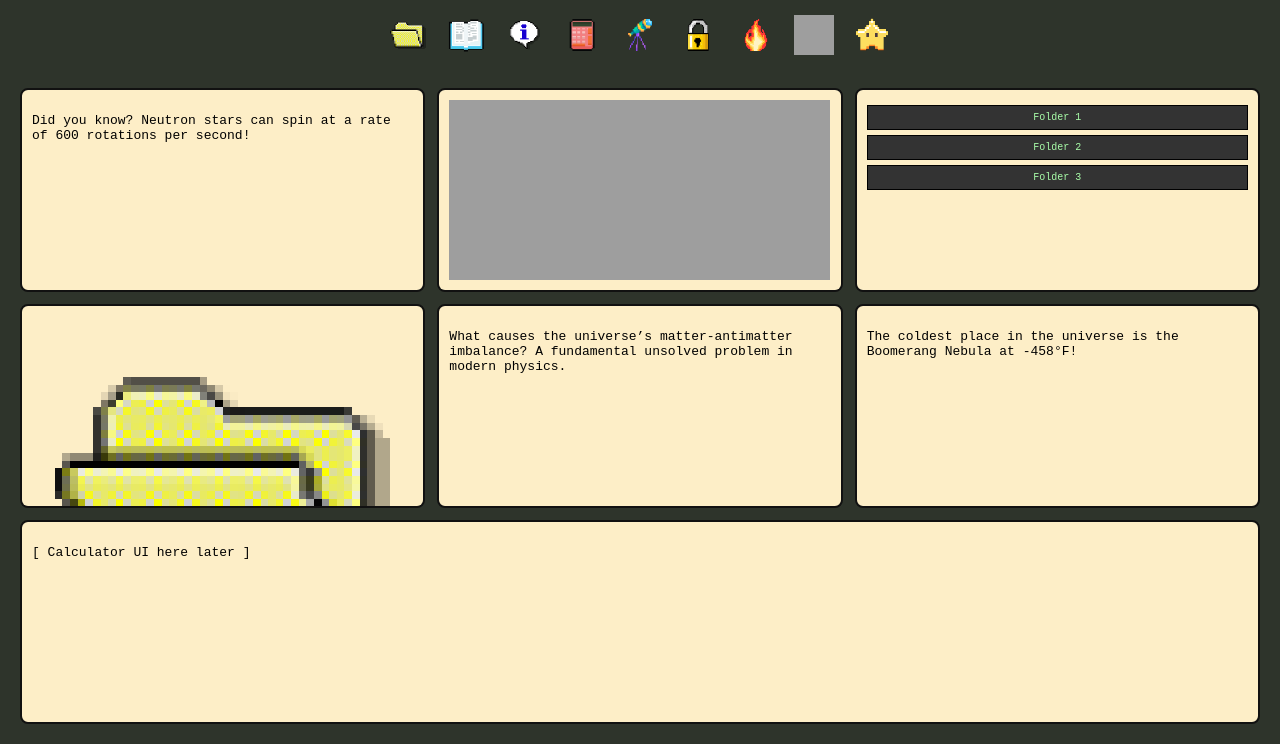
Repository: scarfer14/CCPHYS2L_Project
Page: /dashboard
An editor plug-in stored every save of this project. The page is shown before and after the next save, followed by the edit.
The browser window is 1280 px wide. The pictures show the whole page.
Pictures or frames that could not be fetched are drawn as grey boxes. The project was rebuilt for these pictures with package versions that can differ from the ones it lists, and the page was loaded fresh each time. Also part of the build but not shown: vite.config.js, src/astartsc/start.jsx.

Above is the page before, as saved 2025-05-28 21:55:32.

### index.html
<!doctype html>
<html lang="en">
  <head>
    <meta charset="UTF-8" />
    <link rel="icon" type="image/svg+xml" href="/gal.png" />
    <meta name="viewport" content="width=device-width, initial-scale=1.0" />
    <title>Physics Blast</title>
  </head>
  <body>
    <div id="root"></div>
    <script type="module" src="/src/main.jsx"></script>
  </body>
</html>

### src/index.css
:root {
  font-family: 'Press Start 2P', monospace;
  background-color: #2e342b;
  margin: 0;
  padding: 0;
  box-sizing: border-box;
}

body, html {
  margin: 0;
  padding: 0;
  width: 100%;
  height: 100%;
}

### src/App.jsx
import React from 'react';
import { BrowserRouter as Router, Routes, Route } from 'react-router-dom';

import Start from './astartsc/start';
import Dash from './bdashsc/dashnavbar';
import Dashbody from './bdashsc/dashbody';

function Unlock() {
  return (
    <div>
      <Start />
    </div>
  );
}

function Dashboard() {
  return (
    <div>
      <Dash />
      <Dashbody />
    </div>
  );
}

function App() {
  return (
    <Router>
      <Routes>
        <Route path="/" element={<Unlock />} />
        <Route path="/unlock" element={<Unlock />} />
        <Route path="/dashboard" element={<Dashboard />} />
      </Routes>
    </Router>
  );
}

export default App;

### src/bdashsc/dashnavbar.jsx
import React from 'react';
import { useNavigate } from 'react-router-dom';
import './dashnavbar.css';

const icons = [
  'folder', 'book', 'email', 'calc', 'cat',
  'lock', 'fire', 'info', 'star'
];

export default function DashNavbar() {
  return (
    <div className="dash-navbar">
      {icons.map((icon, index) => (
        <button key={index} className="icon-button" title={icon}>
          <img src={`/assets/icons/${icon}.png`} alt={icon} />
        </button>
      ))}
    </div>
  );
}

### src/bdashsc/dashbody.jsx
import React from 'react';
import './dashbody.css';

export default function DashBody() {
  return (
    <div className="dashboard-content">
      <div className="tab fun-fact">
        <p>Did you know? Neutron stars can spin at a rate of 600 rotations per second!</p>
      </div>

      <div className="tab multimedia">
        <iframe
          src="https://www.youtube.com/embed/pSHVbLPWA28"
          title="Physics Video"
          allowFullScreen
        ></iframe>
      </div>

      <div className="tab folders">
        <button>Folder 1</button>
        <button>Folder 2</button>
        <button>Folder 3</button>
      </div>

      <div className="tab image">
        <img src="/assets/icons/folder.png" alt="Sample" />
      </div>

      <div className="tab physics-problem">
        <p>
          What causes the universe’s matter-antimatter imbalance? A fundamental unsolved problem in modern physics.
        </p>
      </div>

      <div className="tab fun-fact-2">
        <p>The coldest place in the universe is the Boomerang Nebula at -458°F!</p>
      </div>

      <div className="tab calculator">
        <p>[ Calculator UI here later ]</p>
      </div>
    </div>
  );
}

### src/astartsc/start.css
/* Import pixel font */
@import url('https://fonts.googleapis.com/css2?family=Press+Start+2P&display=swap');

body {
  margin: 0;
  background: #2e342b;
  font-family: 'Press Start 2P', monospace;
}

/* Fullscreen CRT screen */
.screen {
  width: 100vw;
  height: 100vh;
  background-color: #2e342b;
  padding: 40px; /* simulates the border spacing */
  display: flex;
  flex-direction: column;
  align-items: center;
  justify-content: center;
  box-shadow:
    0 0 60px 20px rgba(0, 0, 0, 0.6),         /* outer soft black glow */
    inset 0 0 200px rgba(0, 0, 0, 0.9),       /* deep vignette */
    inset 0 0 80px rgba(0, 0, 0, 0.7);        /* soft black inner edge */
  position: relative;
  text-align: center;
  box-sizing: border-box;
  overflow: hidden;
  border-radius: 12px; /* Optional CRT curve */
}

/* Text styling */
.welcome {
  color: #99ff99;
  margin-bottom: 10px;
  font-size: 20px;
  margin-bottom: 25px;
}

.title {
  color: #99ff99;
  font-size: 80px;
  line-height: 1.2;
  margin-bottom: 20px;
}

/* Retro button */
.unlock-btn {
  font-size: 15px;
  background-color: transparent;
  color: #aaffaa;
  border: 1px solid #aaffaa;
  padding: 6px 12px;
  cursor: pointer;
  margin-top: 100px;
  animation: blink 1s infinite alternate;
  font-family: 'Press Start 2P', monospace;
}

.unlock-btn:hover {
  background-color: #333;
}

@keyframes blink {
  from { opacity: 5; }
  to { opacity: 0.4; }
}

### src/bdashsc/dashnavbar.css
.dash-navbar {
  background-color: #2e342b;
  padding: 6px 10px;
  display: flex;
  justify-content: center; /* Centers the icons horizontally */
  gap: 10px;
  align-items: center;
}

.icon-button {
  background: transparent;
  border: transparent;
  padding: 4px;
  cursor: pointer;
  transition: transform 0.1s ease-in-out;
}

.icon-button:hover {
  transform: scale(1.1);
  filter: brightness(1.3);
}

.icon-button img {
  margin-top: 5px;
  width: 40px;
  height: 40px;
  image-rendering: pixelated; /* keeps pixel art look */
}

### src/bdashsc/dashbody.css
.dashboard-content {
  display: flex;
  flex-wrap: wrap;
  justify-content: center;
  padding: 20px;
  gap: 12px;

}

.tab {
  background-color: #fdeec7;
  border: 2px solid #111;
  color: #000000;
  font-family: monospace;
  padding: 10px;
  flex: 1 1 28%;
  min-width: 250px;
  height: 180px;
  overflow: auto;
  border-radius: 8px;
}

/* Tab-specific styles */
.multimedia iframe {
  width: 100%;
  height: 100%;
  border: none;
}

.folders button {
  display: block;
  margin: 5px 0;
  width: 100%;
  background: #333;
  border: 1px solid #000000;
  color: #aaffaa;
  padding: 6px;
  font-size: 10px;
  cursor: pointer;
  font-family: monospace;
}

.image img {
  width: 100%;
  height: auto;
  image-rendering: pixelated;
}

Loaded but not shown: src/main.jsx (common file)

After the next save:
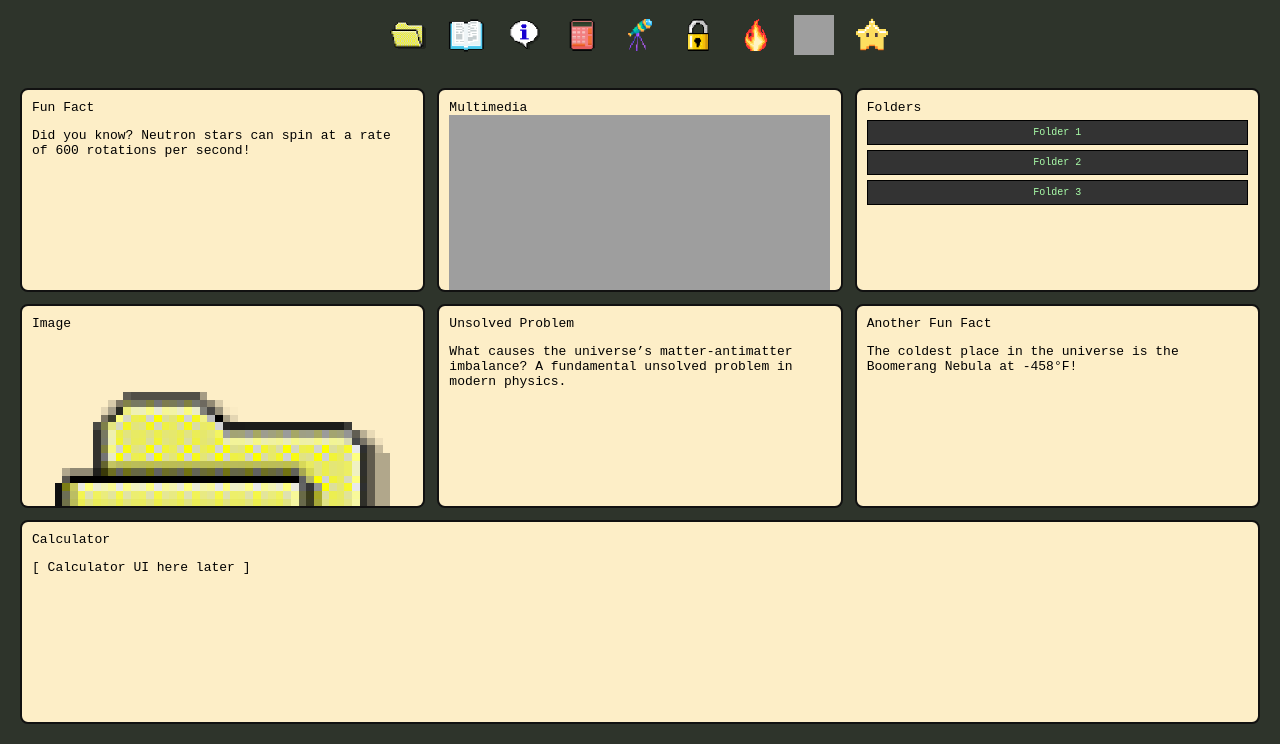
Saved 2 min 55 s later.
--- a/src/bdashsc/dashbody.jsx
+++ b/src/bdashsc/dashbody.jsx
@@ -4,11 +4,14 @@ import './dashbody.css';
 export default function DashBody() {
   return (
     <div className="dashboard-content">
+
       <div className="tab fun-fact">
+        <div className="tab-header">Fun Fact</div>
         <p>Did you know? Neutron stars can spin at a rate of 600 rotations per second!</p>
       </div>
 
       <div className="tab multimedia">
+        <div className="tab-header">Multimedia</div>
         <iframe
           src="https://www.youtube.com/embed/pSHVbLPWA28"
           title="Physics Video"
@@ -17,28 +20,34 @@ export default function DashBody() {
       </div>
 
       <div className="tab folders">
+        <div className="tab-header">Folders</div>
         <button>Folder 1</button>
         <button>Folder 2</button>
         <button>Folder 3</button>
       </div>
 
       <div className="tab image">
+        <div className="tab-header">Image</div>
         <img src="/assets/icons/folder.png" alt="Sample" />
       </div>
 
       <div className="tab physics-problem">
+        <div className="tab-header">Unsolved Problem</div>
         <p>
           What causes the universe’s matter-antimatter imbalance? A fundamental unsolved problem in modern physics.
         </p>
       </div>
 
       <div className="tab fun-fact-2">
+        <div className="tab-header">Another Fun Fact</div>
         <p>The coldest place in the universe is the Boomerang Nebula at -458°F!</p>
       </div>
 
       <div className="tab calculator">
+        <div className="tab-header">Calculator</div>
         <p>[ Calculator UI here later ]</p>
       </div>
+
     </div>
   );
 }
